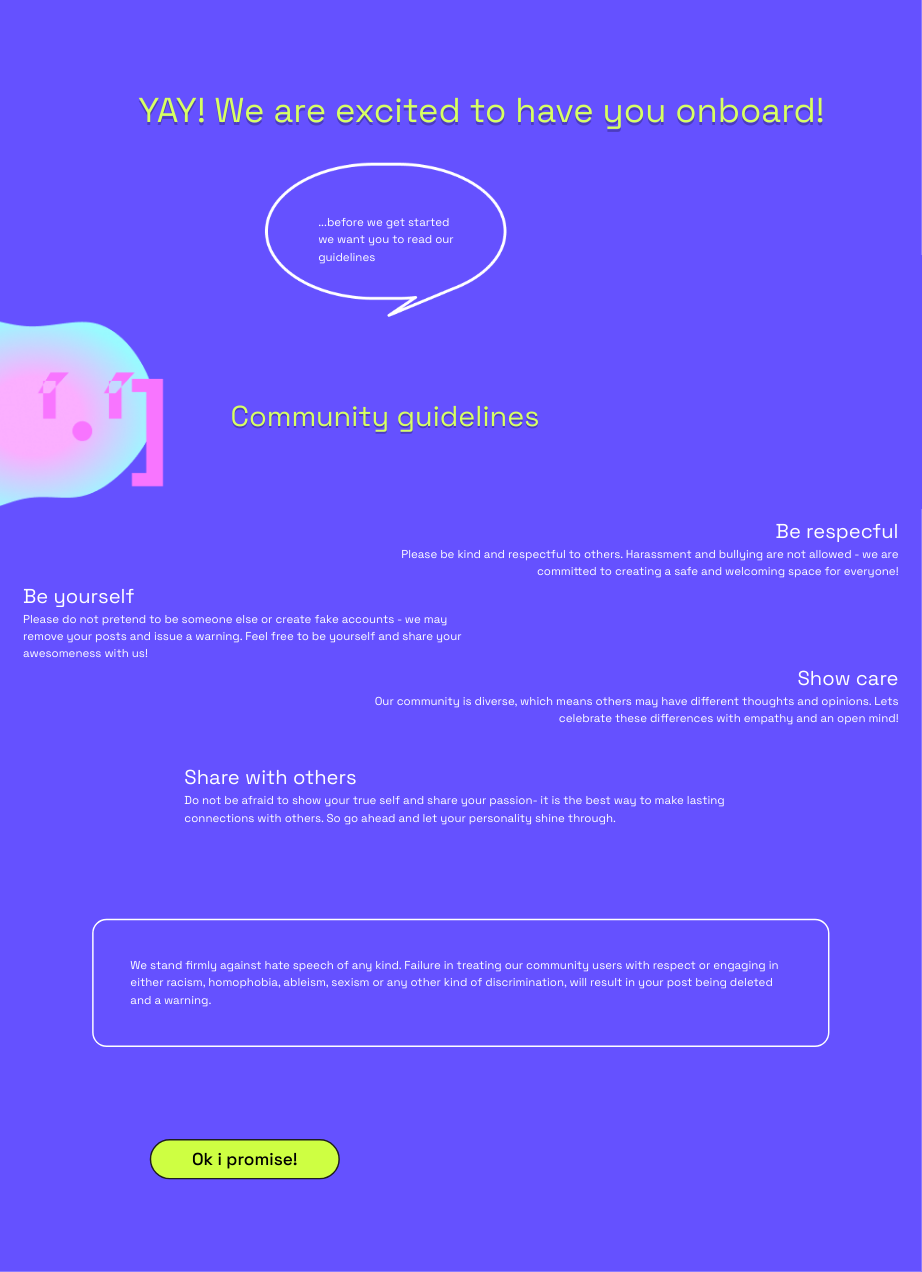
Repository: Yahya9102/Java22-ux22-Sideproject-main
Page: /GuidelinePage
The author's editor kept a copy of each file at every save. The page is drawn from the files as they stood at one save, then again after the next save.
The browser window is 1280 px wide. The pictures show the whole page, at 72% of full size.
The project was rebuilt for these pictures with package versions that can differ from the ones it lists, and the page was loaded fresh each time. The framework's server and built-in components were replaced by stand-ins that run in the browser. Also part of the build but not shown: next.config.js.

Above is the page before, as saved 2023-05-04 14:52:35.

After the next save:
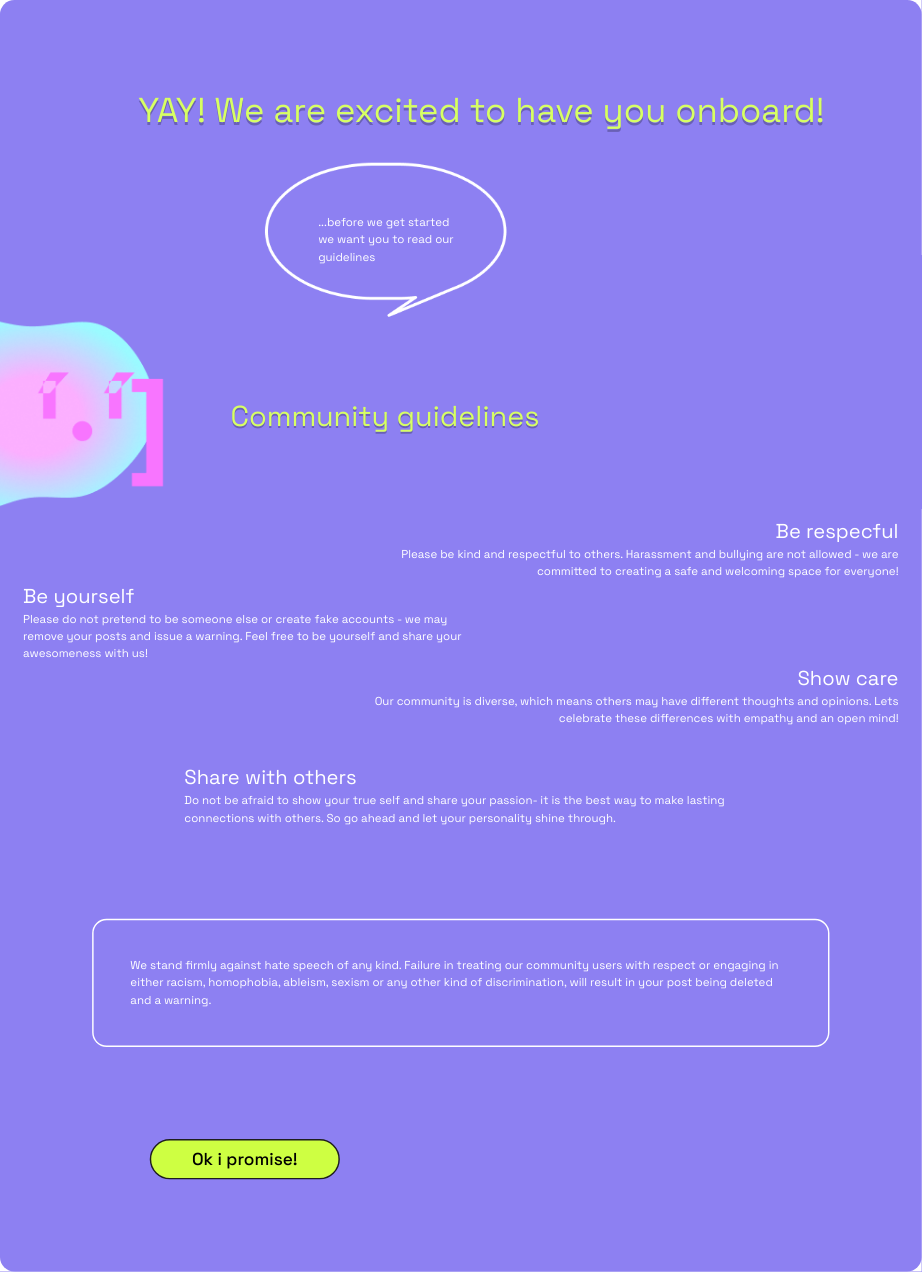
Saved 3 min 0 s later.
--- a/p-components/styles/guidelinePage.module.css
+++ b/p-components/styles/guidelinePage.module.css
@@ -1,11 +1,13 @@
 @import url("https://fonts.googleapis.com/css2?family=Space+Grotesk:wght@400;500;600;700&display=swap");
 
 .guidelinePage_body {
-  background-color: #6551ff;
+  background-color: rgba(141, 128, 242, 1);
   height: 100%;
-  min-height: 100vh;
+
   width: 100%;
   font-family: "Space Grotesk";
+  border-radius: 20px;
+  border: 10px;
 }
 
 .h1 {
